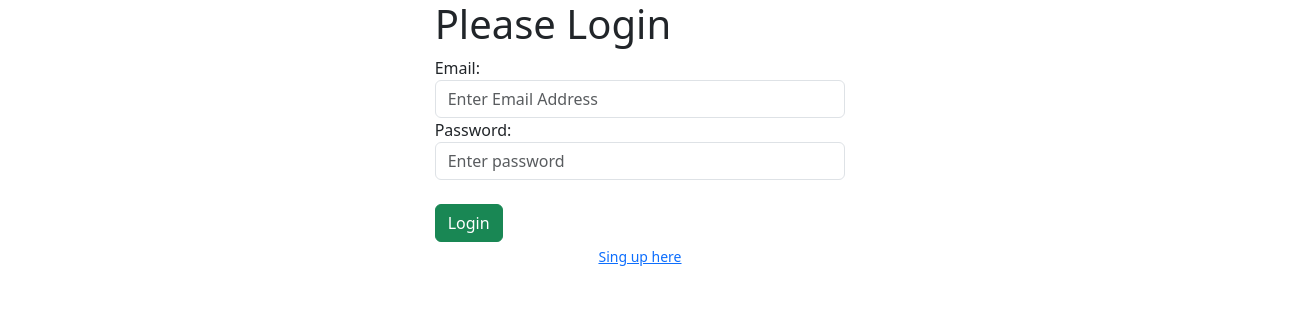
Repository: oksana117/news-app
Page: /login (app in client/)
An editor plug-in stored every save of this project. The page is shown before and after the next save, followed by the edit.
The browser window is 1280 px wide. The page is 1292 px wide, so the pictures cover 1292 px, including what lies to the right of the window. The pictures show the whole page.
The project was rebuilt for these pictures with package versions that can differ from the ones it lists, and the page was loaded fresh each time. Also part of the build but not shown: client/vite.config.js, client/src/Register.jsx.

Above is the page before, as saved 2024-09-26 17:30:21.

After the next save:
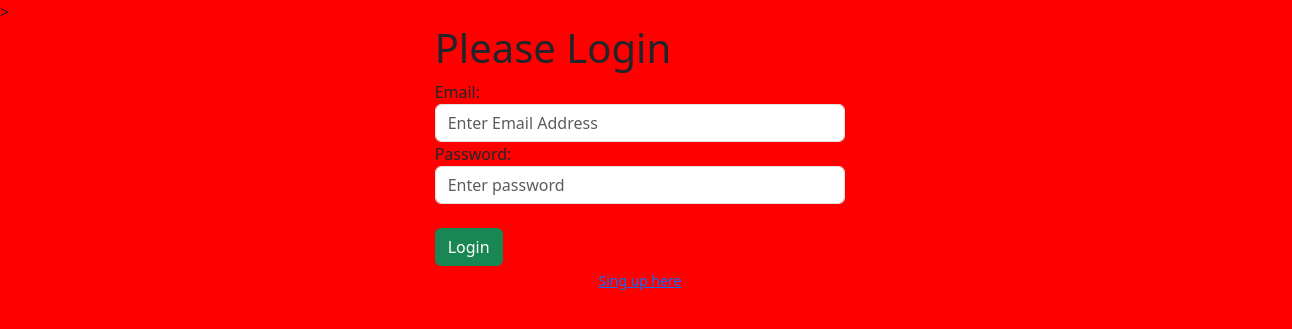
Saved 2 min 13 s later.
--- a/client/index.html
+++ b/client/index.html
@@ -8,7 +8,7 @@
   <title>Latest News</title>
 </head>
 
-<body>
+<body style="background-color: red"></body>>
   <div id="root"></div>
   <script type="module" src="/src/main.jsx"></script>
 </body>
